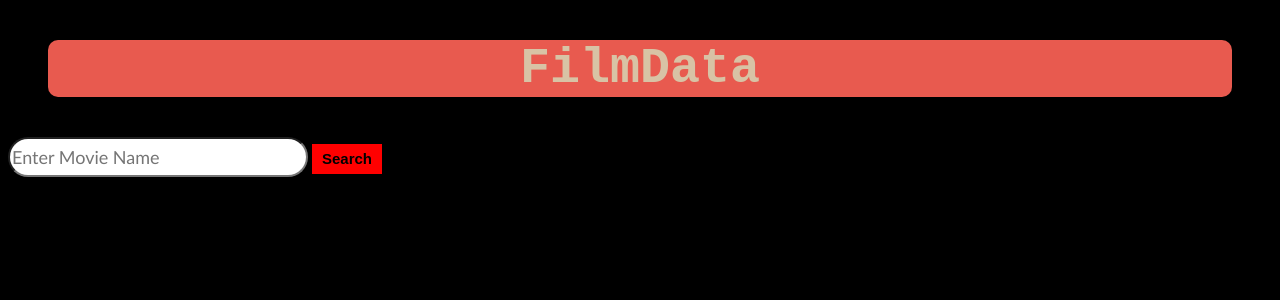
Repository: priyankajainmodi/film_data
Page: index.html
The author's editor kept a copy of each file at every save. The page is drawn from the files as they stood at one save, then again after the next save.
The browser window is 1280 px wide. The pictures show the whole page.

Above is the page before, as saved 2021-11-25 22:32:29.

After the next save:
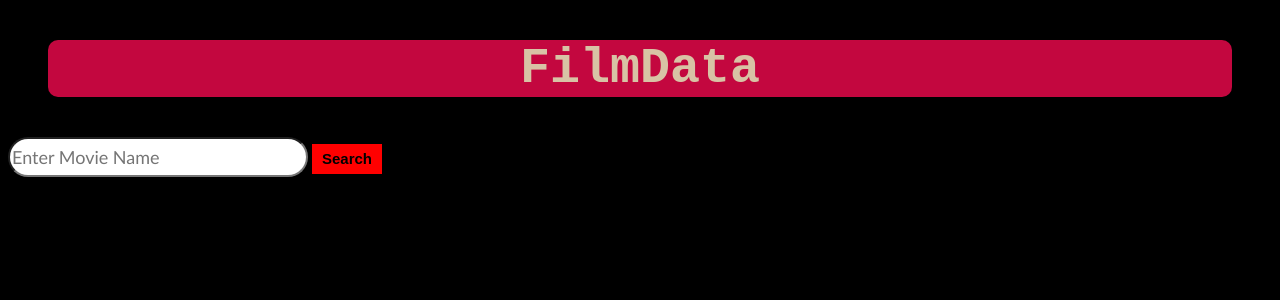
Saved 25 min 53 s later.
--- a/index.html
+++ b/index.html
@@ -47,7 +47,7 @@
 </head>
 
 <body bgcolor="#000">
-    <h1 id="heading" style="color:#D8C3A5;margin-bottom:50;border-radius:10px; text-align:center;font-family:monospace;background-color:#E85A4F;font-size:50px;margin:40px;">FilmData</h1>
+    <h1 id="heading" style="color:#D8C3A5;margin-bottom:50;border-radius:10px; text-align:center;font-family:monospace;background-color:#C3073F;font-size:50px;margin:40px;">FilmData</h1>
 
     <div id="enter">
 
